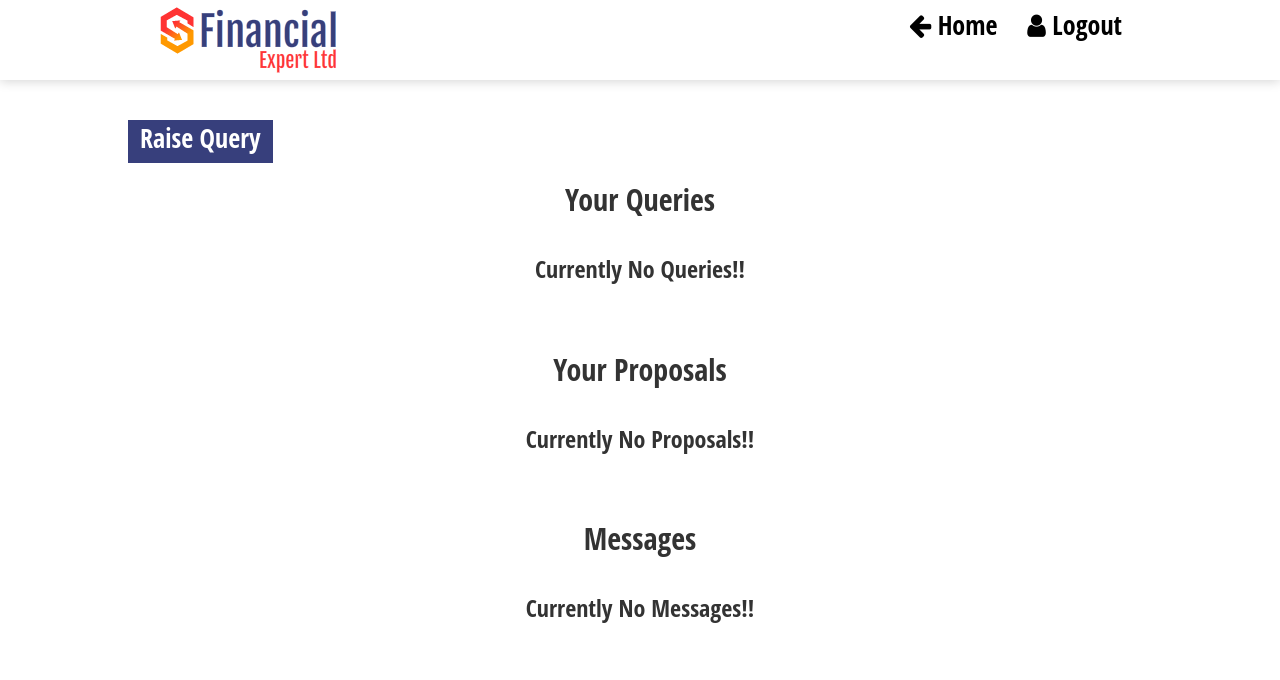
Repository: intkhabahmed/AcceleratedBootcampWebsites
Page: http://localhost/BoraSys/UI/profile.jsp
An editor plug-in stored every save of this project. The page is shown before and after the next save, followed by the edit.
The browser window is 1280 px wide. The pictures show the whole page.
Some web fonts or font styles are not loaded; a fallback is used. The page is served by Tomcat 9. Nobody is signed in. The application's start-up code is not run. Other server files are loaded and not shown. The template is opened directly, without the code that normally fills it, so the values that code supplies are empty.

Above is the page before, as saved 2018-01-30 09:15:14.

### BoraSys/WebContent/UI/profile.jsp
<%@ page language="java" contentType="text/html; charset=ISO-8859-1"
    pageEncoding="ISO-8859-1"%>
<%@taglib uri="http://java.sun.com/jsp/jstl/core" prefix="c" %>
<%@taglib uri="http://java.sun.com/jstl/fmt" prefix="fmt" %>
<!DOCTYPE html PUBLIC "-//W3C//DTD HTML 4.01 Transitional//EN" "http://www.w3.org/TR/html4/loose.dtd">
<html>
<head>
	<meta http-equiv="Content-Type" content="text/html; charset=ISO-8859-1">
	<title>MyProfile</title>
	<meta name="viewport" content="width=device-width, initial-scale=1.0">
	<link rel="stylesheet" type="text/css" href="css/bootstrap.min.css">
	<link rel="stylesheet" type="text/css" href="css/font-awesome.min.css">
	<link rel="stylesheet" type="text/css" href="css/custom.css">
	<link href='https://fonts.googleapis.com/css?family=Open Sans Condensed:300' rel='stylesheet'>
</head>
<body>
	<div id="profile_logo_container">
		<div class="container">
			<div class="col-sm-6">
				<a id="profileLogo" href="index.html"><img src="images/team1logo.png" alt="Financial Expert Ltd"></a>
			</div>
			<div class="col-sm-6">
				<ul class="nav navbar-nav navbar-right">
					<li><a href="index.html" ><i class="fa fa-arrow-left"></i> Home</a></li>
					<li><a href="logout.html" ><i class="fa fa-user"></i> Logout</a></li>
				</ul>
			</div>
		</div>
	</div>

<div class="container">
	<div class="row" id="QuerySection">
		<hr>
		<button id="raiseQuery_btn" class="btn btn-info">Raise Query</button>
		<h2 align="center">Your Queries</h2>
		<hr>
		<c:if test="${queries ne null}">
			<table class="table table-bordered">
			<tr>
				<th>Receiver Name</th>
				<th>Query</th>
				<th>Query Date</th>
				<th>Answer</th>
				<th>Status</th>
			</tr>

			<c:forEach items="${queries}" var="q">
				<tr>
					<td>${q.receiver}</td>
					<td>${q.query}</td>
					<td>${q.queryDate}</td>
					<td>${q.reply}</td>
					<td>
					<c:if test="${q.reply eq null }">
						<span class="error">Pending!!</span>
					</c:if>
					<c:if test="${q.reply ne null}">
						<span class="success">Solved!!</span>
					</c:if>
					</td>
				</tr>
			</c:forEach>
		</table>
		</c:if>
		<c:if test="${queries eq null}">
			<h3 class="text-center">Currently No Queries!!</h3>
		</c:if>
	</div>
	<hr>
	<div class="row" id="ProposalSection">
		<h2 class="text-center">Your Proposals</h2>
		<hr>
		<c:if test="${proposals ne null}">
		<table class="table table-bordered">
			<tr>
				<th>Submitted To</th>
				<th>Proposal File Name</th>
				<th>Proposal Date</th>
				<th>Action</th>
			</tr>
			<c:forEach items="${proposals}" var="proposal">
				<tr>
					<td>${proposal.companyName}</td>
					<td>${proposal.fileName}</td>
					<td>${proposal.proposalDate}</td>
					<td><a href="downloadProposal.html?proposalId=${proposal.proposalId}" target="_blank"
					class="btn btn-info">Download</a></td>
				</tr>
			</c:forEach>
		</table>
		</c:if>
		<c:if test="${proposals eq null}">
			<h3 class="text-center">Currently No Proposals!!</h3>
		</c:if>
	</div>
	<hr>
	<div class="row" id="MessageSection">
		<h2 class="text-center">Messages</h2>
		<hr>
		<c:if test="${messages ne null}">
		<table class="table table-bordered">
			<tr>
				<th>Received From</th>
				<th>Received on</th>
				<th>Message</th>
			</tr>
			<c:forEach items="${messages}" var="message">
				<tr>
					<td>${message.sender}</td>
					<td>${message.messageDate}</td>
					<td>${message.message}</td>
				</tr>
			</c:forEach>
		</table>
		</c:if>
		<c:if test="${messages eq null}">
			<h3 class="text-center">Currently No Messages!!</h3>
		</c:if>
	</div>
</div>
<div class="overlay"></div>
<div id="queryWindow">
		<h2 align="center">Query Form</h2>
		<form class="form-vertical" method="post" action="askQuery.html" id="query_form">
			<div class="form-group">
				<label class="form-label" for="receiver">Choose Company</label>
				<br><input type="radio" name="receiver" required="required"
					 value="BeneesFradia"/> BeneesFradia &nbsp;&nbsp;
				<input type="radio" name="receiver" value="QuickgunHeadley"/> QuickgunHeadley <br>
			</div>
			<div class="form-group">
				<textarea rows="4" class="form-control" placeholder="Enter the query" name="query"></textarea>
				<input type="submit" name="querySubmit_btn" id="querySubmit_btn" value="Send" class="form-control btn btn-default" />
			</div>
		</form>
</div>

<script type="text/javascript" src="js/jquery-3.1.0.min.js"></script>
<script type="text/javascript" src="js/bootstrap.min.js"></script>
<script type="text/javascript" src="js/custom.js"></script>
<c:if test="${successMessage ne null}">
<%-- 	<div class="alert alert-success" role="alert">"${successMessage}"</div> --%>
	<script>
		alert("${successMessage}");
	</script>
</c:if>
</body>
</html>

### BoraSys/WebContent/css/custom.css
/****************************Common CSS**************************/

.padding-10x{
	padding: 10px;
}
.padding-5x{
	padding: 5px;
}
.padding-20x{
	padding: 20px;
}

.center{
	display: block;
	margin: 0 auto;
}
.no-margin {
	margin: 0;
}
.error {
	color: red;
}
.success {
	color: #5cb85c;
}
#errorBlock{
	position: absolute;
	top: 15%;
	width: 100%;
}
body {
	font-family: Open Sans Condensed !important;
	font-size: 20px !important;
}
.dropdown-menu {
	font-size: 18px;
    background-color: #000;
    opacity: 0.7;
    border: 1px solid #ccc;
    border: 1px solid rgba(0,0,0,.15);
    border-radius: 0px;
    top: 110%;
}
.dropdown-menu li a{
	color: #ffffff;
}
.dropdown-menu li a:hover {
	color: #8080ff;
	background: #000000;
	opacity: 1;
}
.dropdown> a{
	max-height: 36px;
}

input, button, .form-control, .btn {
	border-radius: 0px !important;
}

input[type=submit]:hover, .btn:hover {
	color: #333333;
}
p {
    margin: 0 10px;
}
/***********************Index Page*********************************/
hr {
	border-top: none;
}
#home {
	padding-top: 94px;
}
#formContainer {
	border-radius: 15px;
	padding: 10px;
	z-index: 1;
}

#login_btn_cover {
	padding: 3px;
}

#homeBannerImage{
	min-height: 370px;
	z-index: 1;
}

@media screen and (min-width: 991px){
	.navbar-custom-fitting {
		width: 100%;
	}
	.container {
		max-width: 1024px;
	}

	.navbar-brand {
		padding: 10px !important;
	}
	#main-nav {
		margin-top: 39px;
		height: 53px;
		padding-top: 15px;
	}
	nav> .container {
		height: auto;
	}

	.carousel {
		width: 100%;

	}
	.carousel-inner>.item>img {
		width: 100%;
	}
	#loginWindow {
		width: 30vw;
		left: 35vw;
	}
	#uploadWindow {
		width: 40vw;
		left: 30vw;
	}
	#queryWindow {
		width: 30vw;
		left: 35vw;
	}
}

@media screen and (min-width: 768px) and (max-width: 990px){
	#main-nav {
		height: 40px;
		padding-top: 23px;
		margin-top: 30px;
	}

	.navbar-custom-fitting {
		width: 100%;
	}
	.navbar-brand {
		padding: 10px !important;
    	height: auto;
	}
	#login_button {
		margin-bottom: 2px;
	}
	nav> .container {
		height: 92px;
	}
	.carousel {
		width: 100%;
		height: 60vh;
	}
	.carousel-inner>.item>img {
		width: 100%;
		height: 60vh;
	}
	.container {
		max-width: 100%;
		width: 100%;
	}
	#loginWindow {
		width: 40vw;
		left: 35vw;
	}
	#uploadWindow {
		left: 30vw;
		width: 40vw;
	}
	#queryWindow {
		width: 40vw;
		left: 35vw;
	}
}

@media screen and (max-width: 767px){
	nav> .container {
		padding: 2px;
		width: 100%;
		height: auto;
	}

	.navbar-custom-fitting {
		width: 100%;
	}
	.navbar-brand {
		padding: 0px 25px !important;
	}
	.navbar-header {
		height: 90px;
	}
	#main-nav {
		margin-top: 39px;
		background-color: #ffffff;
   	 	padding: 15px;

	}
	#login_button {
		margin: 5px 15px;
	}
	.carousel {
		width: 100%;
		height: 50vh;
		margin: 0 auto;
	}
	.carousel-inner>.item>img {
		width: 100%;
		height: 50vh;
	}
	.container {
		max-width: 100%;
		width: 100%;
	}
	#loginWindow, #uploadWindow, #queryQindow {
		width: 100%;
	}
	#shortcut_links .col-sm-4 img {
		display: block;
		margin: 0 auto;
		width: 100%;
	}
	.navbar-toggle {
		margin-top: 30px;
    	margin-right: 45px;
	}
}
.navbar-nav {
	font-size: 26px !important;
}
#login_button {
	cursor: pointer;
	margin-left: 5px;
}
.navbar-nav> .active a {
	border-bottom: 2px solid #373f7c ;
	color: #373f7c !important;
	background-color: transparent !important;
}

.navbar {
	border-radius: 0px;
}

.navbar-custom {
	background: #FFFFFF;
}

.navbar-nav a {
	transition: all 0.5s ease-in-out;
}

.contact-form-fields input {
	margin: 3px 0;
}

.navbar-nav a{
	color: #000000;
}

.navbar-custom-fitting {
	position: fixed;
	top: 0;
	z-index: 1030;
	box-shadow: -1px 1px 11px 0px #d2d2d2;
}

.navbar-nav>li>a {
	padding: 8px 15px !important;
}

/***********************UserProfile Page*********************************/
.navbar-toggle>.icon-bar {
	background-color: #000000;
}
.navbar-toggle {
	border-color: #000000;
}
.navbar-toggle:hover {
	border-color: #333333;
	background-color: #eeeeee;
}

/***********************Footer******************************************/
#footer {
	background: #282727;
	color: #c7c7c7;
	width: 100%;
	padding: 15px;
}

#footerSpace{
	margin-top: 65px;
}

/***********************Error Page*********************************/
#errorBlock{
	position: absolute;
	top: 15%;
	width: 100%;
}

/***********************Login Modal View*********************************/
.overlay {
	position: fixed;
	top: 0;
	left: 0;
	width: 100%;
	opacity: 0.7;
	min-height: 100%;
	display: none;
	background-color: #000000;
	z-index: 1031;
	cursor: pointer;
}
#loginWindow, #uploadWindow, #queryWindow {
	position: fixed;
	top: 25vh;
	z-index: 1032;
	opacity: 1;
	display: none;
	color: #ffffff;
	background-color: #373f7c;
	padding: 10px;
}
#loginWindow a {
	color: #eeeeee;
}

#login_form input, #upload_form input, #query_form input{
	margin: 10px 0;

}

textarea {
    resize: none;
}

#left-control-button, #right-control-button {
	padding-bottom: 5px;
	background-color: #ffffff;
	color: #000000;
}

#aboutus {
	padding: 10px;

}
#aboutus h2 {
	color: #373f7c;
}
.carousel-control {
	top: 50%;
}
.carousel-control.left, .carousel-control.right {
	background-image: none;
}

#downarrow {
	position: absolute;
	bottom: 40px;
	left: 50%;
	z-index: 1;
}


#profile_logo_container {
	box-shadow: 0px 1px 11px 0px #d2d2d2;
	padding: 5px;
	width: 100%;
}
#login_btn, #querySubmit_btn {
	background: #ffffff;
}
#login_btn:hover, #querySubmit_btn:hover {
	color: #373f7c;
}
input[type=submit], .btn {
	font-size: 26px;
	padding-top: 0px;
	border: 0px;
	background: #373f7c;
}
input[type=submit]:active, .btn:active {
	background: #373f7c !important;
}
input[type=submit]:hover, .btn:hover {
	background: #373f7c;
	color: #eeeeee;
}

### BoraSys/WebContent/js/custom.js
$(function(){
	$("nav a").click(function(){
		$('html, body').animate({
        scrollTop: $(this.hash).offset().top
    }, 1500);
    return false;
	});

	$("nav a").click(function(){
		$("nav li").removeClass("active");
		$(this).parent().addClass("active");
	});


	$(".overlay").on('click', function(){
		$(this).fadeOut();
		$("#loginWindow").fadeOut();
		$("#uploadWindow").fadeOut();
		$("#queryWindow").fadeOut();
	});

	$("#uploadForm, #uploadForm_shortcut").on('click', function(){
		$(".overlay").fadeIn();
		$("#uploadWindow").fadeIn();
		return false;
	});

	$("#raiseQuery_btn").on('click', function(){
		$(".overlay").fadeIn();
		$("#queryWindow").fadeIn();
	});

	$(".carousel-control.left").mouseenter(function(){
		$("#left-indicator img").attr("src", "images/leftarrow_ro.png");
	});
	$(".carousel-control.right").mouseenter(function(){
		$("#right-indicator img").attr("src", "images/rightarrow_ro.png");
	});

	$(".carousel-control.left").mouseleave(function(){
		$("#left-indicator img").attr("src", "images/leftarrow.png");
	});
	$(".carousel-control.right").mouseleave(function(){
		$("#right-indicator img").attr("src", "images/rightarrow.png");
	});

	$("#proposalSubmit_btn").bind('click', function(){
		var input = document.getElementById("fileInput");
		if(input.files[0].size >= 10485760){
			alert("File size should be less than 10MB");
			return false;
		}else{
			$("#upload_form").attr("action", "uploadFile.html");
			return true;
		}
	});

	$("#login_button img").mouseenter(function(){
		$(this).attr("src", "images/loginbtn_over.png");
	});
	$("#login_button img").mouseleave(function(){
		$(this).attr("src", "images/loginbtn.png");
	});

});
function showLoginPage(){
	$(".overlay").fadeIn();
	$("#loginWindow").fadeIn();
}
function showAlert(value){
	alert(value.text());
}

Loaded but not shown: BoraSys/WebContent/css/bootstrap.min.css (library); BoraSys/WebContent/css/font-awesome.min.css (library); BoraSys/WebContent/js/jquery-3.1.0.min.js (library); BoraSys/WebContent/js/bootstrap.min.js (library)

After the next save:
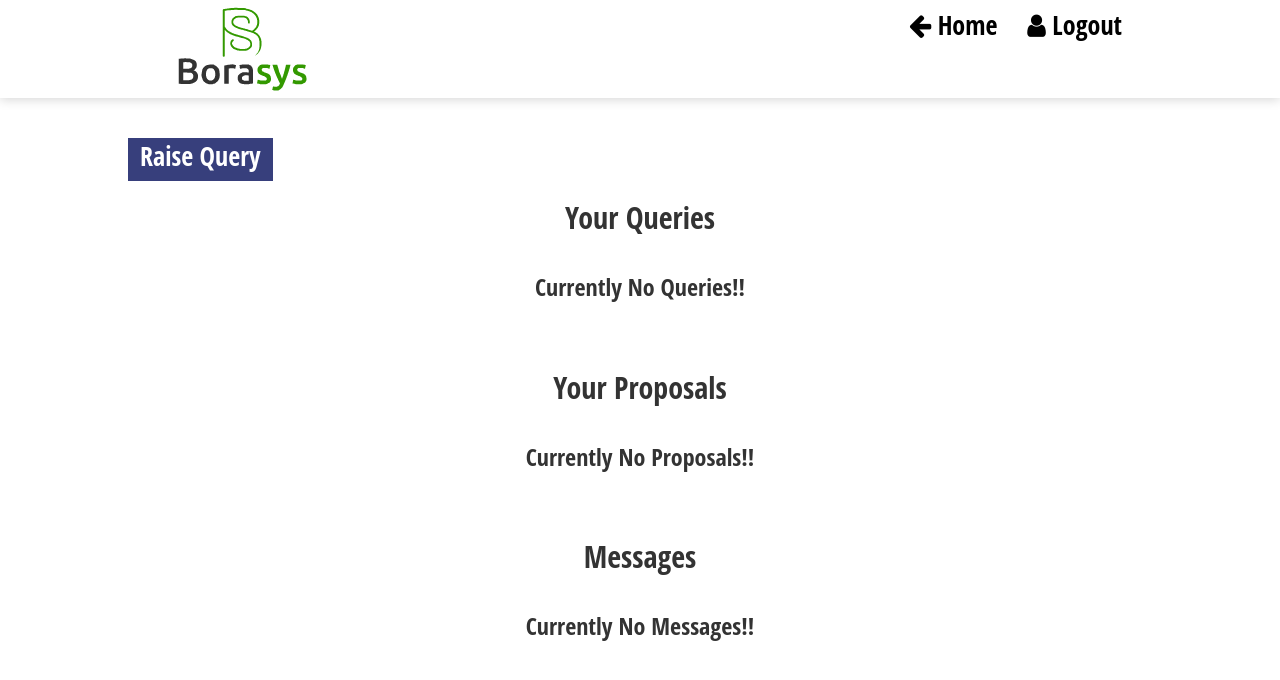
Saved 13 s later.
--- a/BoraSys/WebContent/UI/profile.jsp
+++ b/BoraSys/WebContent/UI/profile.jsp
@@ -17,7 +17,7 @@
 	<div id="profile_logo_container">
 		<div class="container">
 			<div class="col-sm-6">
-				<a id="profileLogo" href="index.html"><img src="images/team1logo.png" alt="Financial Expert Ltd"></a>
+				<a id="profileLogo" href="index.html"><img src="images/BS_logo.png" alt="Financial Expert Ltd"></a>
 			</div>
 			<div class="col-sm-6">
 				<ul class="nav navbar-nav navbar-right">
